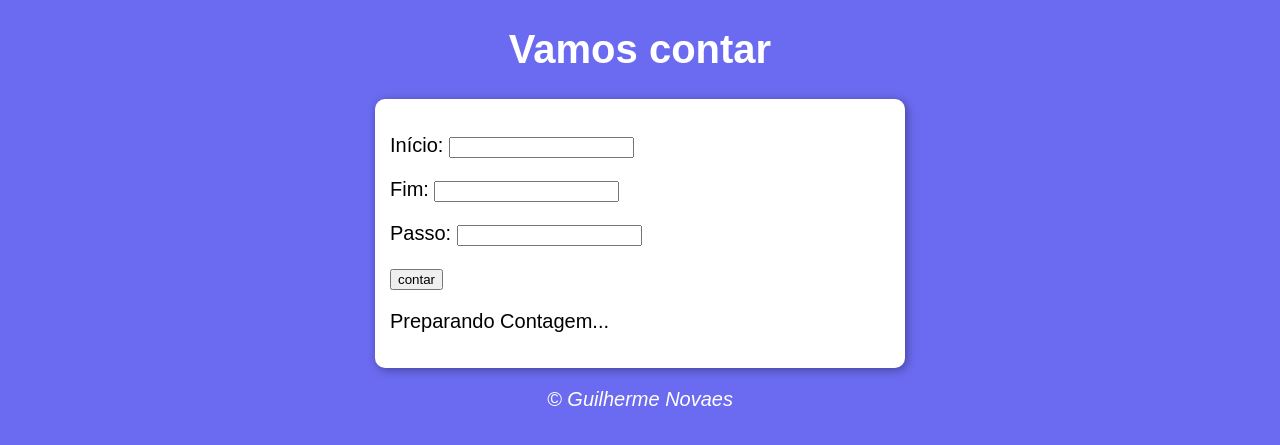
Repository: Guilherme-RNovaes/JavaScript-Curso
Page: Aula 14ex/ex016/index.html
These files come from the project's save history. The page is drawn as it stood at one moment and after a run of saves; the edit follows.
The browser window is 1280 px wide. The pictures show the whole page.

Above is the page before, as saved 2022-09-07 11:04:44.
Console error: SyntaxError: Invalid destructuring assignment target

After the next 6 saves:
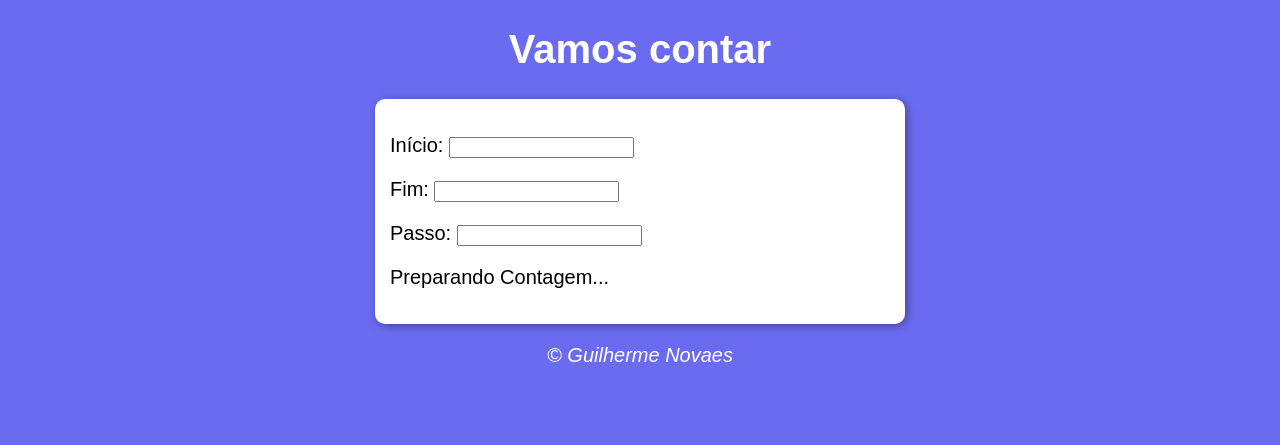
The 6 saves are shown as one change because they came seconds apart.
The last was saved 22 s later.
--- a/Aula 14ex/ex016/index.html
+++ b/Aula 14ex/ex016/index.html
@@ -18,7 +18,7 @@
             <p>Passo: <input type="number" name="passon" id="txtp"></p>
         </div>
         <div>
-            <input type="button" value="contar" onclick="calcular()">
+
         </div>
         <div>
             <p class="res">Preparando Contagem...</p>

After the 2 saves that followed:
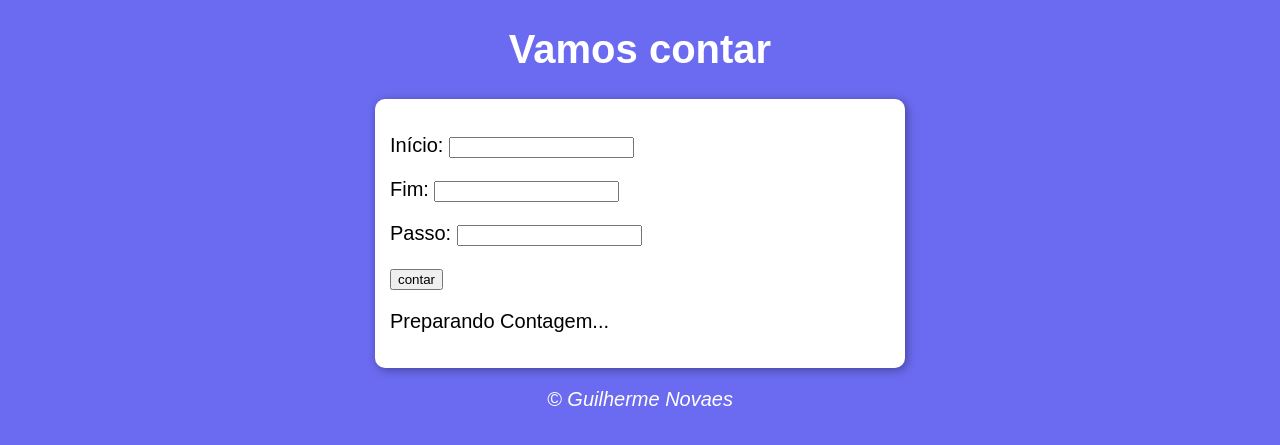
The 2 saves are shown as one change because they came seconds apart.
The last was saved 7 s later.
--- a/Aula 14ex/ex016/index.html
+++ b/Aula 14ex/ex016/index.html
@@ -16,6 +16,7 @@
             <p>Início: <input type="number" name="firstn" id="txti"></p>
             <p>Fim: <input type="number" name="finaln" id="txtf"></p>
             <p>Passo: <input type="number" name="passon" id="txtp"></p>
+            <input type="button" value="contar" onclick="calcular()">
         </div>
         <div>
 
